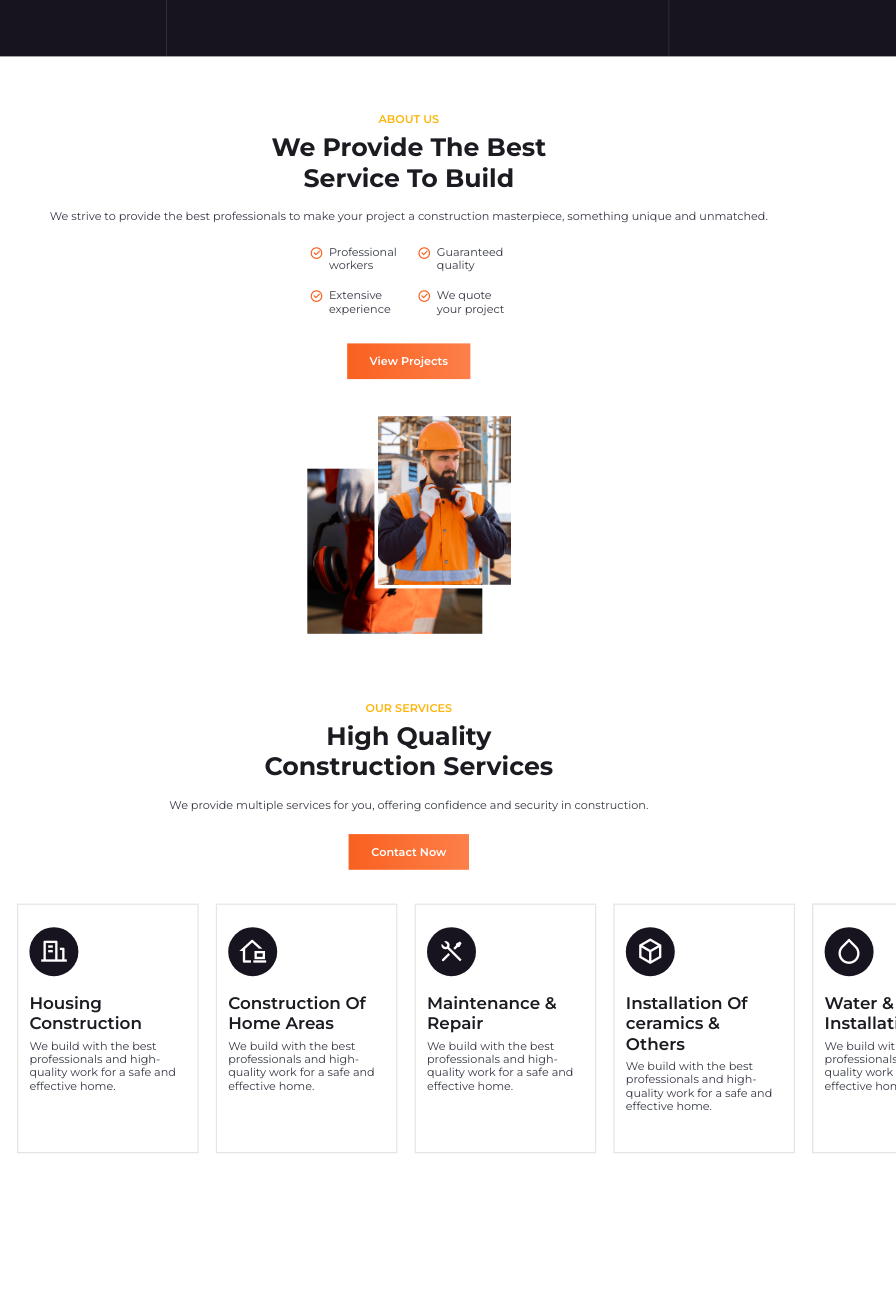
Repository: douglasabnovato/construction
Page: index.html
An editor plug-in stored every save of this project. The page is shown before and after the next save, followed by the edit.
The browser window is 1280 px wide. The pictures show the part of the page from y = 1741 to 3661 px (the page is 3597 px tall before and 3661 px after), at 70% of full size.

Above is the page before, as saved 2025-05-01 18:11:21.

### index.html
<!DOCTYPE html>
<html lang="en">
  <head>
    <meta charset="UTF-8" />
    <meta name="viewport" content="width=device-width, initial-scale=1.0" />

    <!--=============== FAVICON ===============-->
    <link
      rel="shortcut icon"
      href="assets/img/favicon.png"
      type="image/x-icon"
    />

    <!--=============== REMIXICONS ===============-->
    <link
      rel="stylesheet"
      href="https://cdnjs.cloudflare.com/ajax/libs/remixicon/4.2.0/remixicon.css"
    />

    <!--=============== SWIPER CSS ===============-->
    <link rel="stylesheet" href="./assets/css/swiper-bundle.min.css" />

    <!--=============== CSS ===============-->
    <link rel="stylesheet" href="assets/css/styles.css" />

    <title>Construction</title>
  </head>
  <body>
    <!--==================== HEADER ====================-->
    <header class="header bg-header" id="header">
      <nav class="nav container">
        <a href="#" class="nav__logo">
          <i class="ri-bulding-3-line"></i>
          <span>Construct</span>
        </a>
        <div class="nav__menu" id="nav-menu">
          <u class="nav__list">
            <li>
              <a href="#home" class="nav__link">Home</a>
            </li>
            <li>
              <a href="#aboutus" class="nav__link"> About Us</a>
            </li>
            <li>
              <a href="#services" class="nav__link"> Services</a>
            </li>
            <li>
              <a href="#projects" class="nav__link"> Projects</a>
            </li>
            <li>
              <a href="#contactus" class="nav__link button"> Contact Us</a>
            </li>
          </u>
          <!-- Close Button -->
          <div class="nav__close" id="nav-close">
            <i class="ri-close-large-line"></i>
          </div>
        </div>
        <!-- Toggle menu -->
        <div class="nav__toggle" id="nav-toggle">
          <i class="ri-apps-2-line"></i>
        </div>
      </nav>
    </header>

    <!--==================== MAIN ====================-->
    <main class="main">
      <!--==================== HOME ====================-->
      <section class="home section" id="home">
        <img
          src="./assets/img/home-lines-bg.svg"
          alt="image"
          class="home__lines"
        />
        <div class="home__container container grid">
          <div class="home__container grid">
            <div class="home__data">
              <h1 class="home__title">
                Create The<br />
                Constructions<br />
                You Want Here
              </h1>
              <p class="home__description">
                We provide the best home design, construction and maintenance
                services for you and your family.
              </p>
              <div class="home__buttons">
                <a href="#services" class="button">Our Services</a>
                <a href="#projects" class="button__link"
                  ><span>View Projects</span> <i class="ri-arrow-right-line"></i
                ></a>
              </div>
            </div>
            <div class="home__info">
              <div>
                <h3 class="home__info-title">10+</h3>
                <p class="home__info-description">
                  Years of <br />
                  Experience
                </p>
              </div>
              <div>
                <h3 class="home__info-title">200</h3>
                <p class="home__info-description">
                  Complete <br />
                  Projects
                </p>
              </div>
            </div>
          </div>
          <div class="home__images">
            <img src="./assets/img/home-img-1.png" alt="imagem" />
            <img src="./assets/img/home-img-2.png" alt="imagem" />
          </div>
        </div>
      </section>

      <!--==================== ABOUT ====================-->
      <section class="about section" id="about">
        <div class="about__container container grid">
          <div class="about__data">
            <span class="section__subtitle">ABOUT US</span>
            <h2 class="section__title">
              We Provide The Best <br />
              Service To Build
            </h2>
            <p class="about__description">
              We strive to provide the best professionals to make your project a
              construction masterpiece, something unique and unmatched.
            </p>
            <ul class="about__list grid">
              <li class="about__list-item">
                <i class="ri-checkbox-circle-line"></i>
                <span>Professional workers</span>
              </li>
              <li class="about__list-item">
                <i class="ri-checkbox-circle-line"></i>
                <span>Guaranteed quality</span>
              </li>
              <li class="about__list-item">
                <i class="ri-checkbox-circle-line"></i>
                <span>Extensive experience</span>
              </li>
              <li class="about__list-item">
                <i class="ri-checkbox-circle-line"></i>
                <span>We quote your project</span>
              </li>
            </ul>
            <a href="#" class="button">View Projects</a>
          </div>
          <div class="about__images">
            <img
              src="./assets/img/about-img-1.png"
              alt="image"
              class="about__img-1"
            />
            <img
              src="./assets/img/about-img-2.png"
              alt="image"
              class="about__img-2"
            />
          </div>
        </div>
      </section>

      <!--==================== SERVICES ====================-->
      <section class="services section" id="services">
        <div class="services__container container grid">
          <div class="services__data">
            <div>
              <span class="section__subtitle">OUR SERVICES</span>
              <h2 class="section__title">
                High Quality <br />
                Construction Services
              </h2>
            </div>
            <p class="services__description">
              We provide multiple services for you, offering confidence and
              security in construction.
            </p>
            <a href="#contact" class="button">Contact Now</a>
          </div>
          <div class="services__swiper swiper">
            <div class="swiper-wrapper">
              <article class="services__card swiper-slide">
                <div class="services__icon">
                  <i class="ri-building-line"></i>
                </div>
                <h3 class="services__title">
                  Housing <br />
                  Construction
                </h3>
                <p>
                  We build with the best professionals and high-quality work for
                  a safe and effective home.
                </p>
              </article>
              <article class="services__card swiper-slide">
                <div class="services__icon">
                  <i class="ri-home-office-line"></i>
                </div>
                <h3 class="services__title">
                  Construction Of <br />
                  Home Areas
                </h3>
                <p>
                  We build with the best professionals and high-quality work for
                  a safe and effective home.
                </p>
              </article>
              <article class="services__card swiper-slide">
                <div class="services__icon"><i class="ri-tools-line"></i></div>
                <h3 class="services__title">
                  Maintenance & <br />
                  Repair
                </h3>
                <p>
                  We build with the best professionals and high-quality work for
                  a safe and effective home.
                </p>
              </article>
              <article class="services__card swiper-slide">
                <div class="services__icon"><i class="ri-box-3-line"></i></div>
                <h3 class="services__title">
                  Installation Of <br />
                  ceramics & Others
                </h3>
                <p>
                  We build with the best professionals and high-quality work for
                  a safe and effective home.
                </p>
              </article>
              <article class="services__card swiper-slide">
                <div class="services__icon"><i class="ri-drop-line"></i></div>
                <h3 class="services__title">
                  Water & Drainage <br />
                  Installation
                </h3>
                <p>
                  We build with the best professionals and high-quality work for
                  a safe and effective home.
                </p>
              </article>
            </div>
          </div>
          <!-- Navigation buttons -->
           <div class="swiper-button-prev">
            <i class="ri-arrow-left-line"></i>
           </div>
           <div class="swiper-button-next">
            <i class="ri-arrow-right-line"></i>
           </div>
        </div>
        <div class="services__shape"></div>
      </section>

      <!--==================== PROJECTS ====================-->
      <section class="projects section" id="projects"></section>

      <!--==================== CONTACT ====================-->
      <section class="contact section" id="contact"></section>
    </main>

    <!--==================== FOOTER ====================-->
    <footer class="footer"></footer>

    <!--========== SCROLL UP ==========-->

    <!--=============== SCROLLREVEAL ===============-->
    <script src=""></script>

    <!--=============== SWIPER JS ===============-->
    <script src="./assets/js/swiper-bundle.min.js"></script>

    <!--=============== MAIN JS ===============-->
    <script src="assets/js/main.js"></script>
  </body>
</html>

### assets/css/styles.css
/*=============== GOOGLE FONTS ===============*/
@import url("https://fonts.googleapis.com/css2?family=Montserrat:wght@100..900&display=swap");

/*=============== VARIABLES CSS ===============*/
:root {
  --header-height: 3.5rem;

  /*========== Colors ==========*/
  /*Color mode HSL(hue, saturation, lightness)*/
  --first-color: hsl(18, 95%, 55%);
  --second-color: hsl(42, 98%, 52%);
  --first-gradient: linear-gradient(
    90deg,
    hsl(18, 95%, 55%),
    hsl(18, 98%, 64%)
  );
  --title-color: hsl(255, 12%, 12%);
  --text-color: hsl(225, 12%, 24%);
  --text-color-light: hsl(255, 4%, 70%);
  --body-color: hsl(0, 0%, 100%);
  --container-color: hsl(0, 0%, 100%);
  --white-color: hsl(0, 0%, 100%);
  --black-color: hsl(255, 20%, 10%);
  --gray-border: hsl(255, 6%, 90%);
  --black-border: hsl(255, 10%, 20%);

  /*========== Font and typography ==========*/
  /*.5rem = 8px | 1rem = 16px ...*/
  --body-font: "Montserrat", sans-serif;
  --big-font-size: 2.25rem;
  --h1-font-size: 1.5rem;
  --h2-font-size: 1.25rem;
  --h3-font-size: 1rem;
  --normal-font-size: 0.938rem;
  --small-font-size: 0.813rem;

  /*========== Font weight ==========*/
  --font-regular: 400;
  --font-medium: 500;
  --font-semi-bold: 600;
  --font-bold: 700;

  /*========== z index ==========*/
  --z-tooltip: 10;
  --z-fixed: 100;
}

/*========== Responsive typography ==========*/
@media screen and (min-width: 1150px) {
  :root {
    --big-font-size: 3.5rem;
    --h1-font-size: 2.25rem;
    --h2-font-size: 1.5rem;
    --h3-font-size: 1.25rem;
    --normal-font-size: 1rem;
    --small-font-size: 0.875rem;
  }
}

/*=============== BASE ===============*/
* {
  box-sizing: border-box;
  padding: 0;
  margin: 0;
}

html {
  scroll-behavior: smooth;
}

body {
  font-family: var(--body-font);
  font-size: var(--normal-font-size);
  background-color: var(--body-color);
  color: var(--text-color);
}

h1,
h2,
h3,
h4 {
  color: var(--title-color);
  font-weight: var(--font-semi-bold);
}

ul {
  list-style: none;
}

a {
  text-decoration: none;
}

img {
  display: block;
  max-width: 100%;
  height: auto;
}

/*=============== REUSABLE CSS CLASSES ===============*/
.container {
  max-width: 1120px;
  margin-inline: 1.5rem;
}

.grid {
  display: grid;
  gap: 1.5rem;
}

.section {
  padding-block: 5rem 1rem;
}
.section__title,
.section__subtitle {
  text-align: center;
}

.section__title {
  font-size: var(--h1-font-size);
  font-weight: var(--font-bold);
  margin-bottom: 1.5rem;
}

.section__subtitle {
  display: block;
  font-size: var(--normal-font-size);
  font-weight: var(--font-semi-bold);
  color: var(--second-color);
  margin-bottom: 0.5rem;
}

.main {
  overflow: hidden;
}

/*=============== HEADER & NAV ===============*/
.header {
  position: fixed;
  width: 100%;
  top: 0;
  left: 0;
  background-color: transparent;
  z-index: var(--z-fixed);
  transition: background-color 0.4s;
}

.nav {
  position: relative;
  height: var(--header-height);
  display: flex;
  justify-content: space-between;
  align-items: center;
}

.nav__logo {
  display: flex;
  align-items: center;
  column-gap: 0.25rem;
}

.nav__logo span {
  color: var(--white-color);
  font-weight: var(--font-semi-bold);
  transition: color 0.4s;
}

.nav__logoi i {
  color: var(--first-color);
  font-size: 1.5rem;
}

.nav__toggle,
.nav__close {
  font-size: 1.5rem;
  color: var(--white-color);
  cursor: pointer;
  transition: color 0.4s;
}

/* Navigation for mobile devices */
@media screen and (max-width: 1150px) {
  .nav__menu {
    position: fixed;
    top: 0;
    right: -100%;
    background-color: var(--black-color);
    width: 80%;
    height: 100%;
    padding: 7.5rem 3.5rem 0;
    border-left: 2px solid var(--black-border);
    transition: right 0.4s;
  }
}

.nav__list {
  display: flex;
  flex-direction: column;
  row-gap: 4rem;
}

.nav__link {
  color: var(--text-color-light);
  font-weight: var(--font-semi-bold);
  transition: color 0.4s;
}

.nav__link:hover {
  color: var(--first-color);
}

.nav__close {
  position: absolute;
  top: 1rem;
  right: 1.5rem;
}

/* Show menu */
.show-menu {
  right: 0;
}

/* Change background header */
.bg-header {
  background-color: var(--body-color);
  box-shadow: 0 4px 16px hsla(255, 90%, 8%, 0.1);
}

.bg-header .nav__logo span,
.bg-header .nav__toggle {
  color: var(--title-color);
}

/* Active link */

/*=============== HOME ===============*/
.home {
  position: relative;
  background-color: var(--black-color);
}

.home__container {
  position: relative;
  row-gap: 3rem;
  padding-block: 2.5rem 6rem;
}

.home__content {
  row-gap: 2.5rem;
}

.home__data {
  text-align: center;
}

.home__title {
  color: var(--white-color);
  font-size: var(--big-font-size);
  font-weight: var(--font-bold);
  margin-bottom: 1rem;
}

.home__description {
  margin-bottom: 2.5rem;
  color: var(--text-color-light);
}

.home_buttons {
  display: flex;
  justify-content: center;
  align-items: center;
  gap: 1rem;
}

.home__info {
  display: flex;
  justify-content: center;
  column-gap: 4.5rem;
}

.home__info-title {
  color: var(--second-color);
  font-size: var(--big-font-size);
  font-weight: var(--font-bold);
  margin-bottom: 0.5rem;
}

.home__info-description {
  font-size: var(--small-font-size);
  color: var(--white-color);
}

.home__images {
  position: relative;
  justify-self: center;
}

.home__img-1 {
  width: 250px;
  margin-left: 3.5rem;
}

.home__img-2 {
  width: 150px;
  border: 5px solid var(--black-color);
  position: absolute;
  left: 0;
  bottom: -3.5rem;
}

.home__lines {
  position: absolute;
  top: 0;
  left: 0;
  width: 100%;
  height: 100%;
  object-fit: cover;
  object-position: right;
}

/*=============== BUTTON ===============*/
.button {
  display: inline-flex;
  background: var(--first-gradient);
  color: var(--white-color);
  font-weight: var(--font-semi-bold);
  padding: 1rem 2rem;
  transition: box-shadow 0.4s;
}

.button:hover {
  box-shadow: 0 8px 32px hsla(18, 95%, 55%, 0.3);
  color: var(--white-color);
}

.button__link {
  display: flex;
  align-items: center;
  column-gap: 0.25rem;
  color: var(--first-color);
}

.button__link span {
  font-weight: var(--font-semi-bold);
}

.button__link i {
  font-size: 1.5rem;
  transition: transform 0.4s;
}

.button__link:hover i {
  transform: translateX(0.25rem);
}

/*=============== ABOUT ===============*/
.about__container {
  row-gap: 8rem;
}

.about__data {
  text-align: center;
}

.about__description {
  margin-bottom: 2rem;
}

.about__list {
  text-align: initial;
  grid-template-columns: repeat(2, 130px);
  justify-content: center;
  gap: 1.5rem;
  margin-bottom: 2.5rem;
}

.about__list-item {
  display: flex;
  column-gap: 0.5rem;
  color: var(--tittle-color);
}

.about__list-item i {
  font-size: 1.25rem;
  color: var(--first-color);
}

.about__images {
  position: relative;
  justify-self: center;
}

.about__img-1 {
  width: 200px;
  border: 5px solid var(--body-color);
  position: absolute;
  top: -5rem;
  left: 6rem;
}

.about__img-2 {
  width: 250px;
  margin-right: 2.5rem;
}

/*=============== SERVICES ===============*/
.services {
  position: relative;
}

.services__container {
  position: relative;
  row-gap: 3rem;
}

.services__data {
  text-align: center;
}

.services__description {
  margin-bottom: 2rem;
}

.services__card {
  width: 260px;
  background-color: var(--container-color);
  border: 2px solid var(--gray-border);
  padding: 2rem 1rem 3.5rem;
  transition: border-color 0.4s;
}

.services__card:hover {
  border-color: var(--first-color);
}

.services__icon {
  width: 70px;
  height: 70px;
  background-color: var(--black-color);
  color: var(--white-color);
  border-radius: 50%;
  display: grid;
  place-items: center;
  font-size: 2.5rem;
  margin-bottom: 1.5rem;
}

.services__title {
  font-size: var(--h2-font-size);
  margin-bottom: .5rem;
}

/* Swiper class */


/*=============== PROJECTS ===============*/

/*=============== CONTACT ===============*/

/*=============== FOOTER ===============*/

/*=============== SCROLL BAR ===============*/

/*=============== SCROLL UP ===============*/

/* Show Scroll Up */

/*=============== BREAKPOINTS ===============*/
/* For small devices */

/* For medium devices */

/* For large devices */

### assets/js/main.js
/*=============== SHOW MENU ===============*/
const navMenu = document.getElementById("nav-menu"),
  navToggle = document.getElementById("nav-toggle"),
  navClose = document.getElementById("nav-close");

/* Menu show */
if (navToggle) {
  navToggle.addEventListener("click", () => {
    navMenu.classList.add("show-menu");
  });
}

/* Menu hidden */
if (navClose) {
  navClose.addEventListener("click", () => {
    navMenu.classList.remove("show-menu");
  });
}

/*=============== REMOVE MENU MOBILE ===============*/
const navLink = document.querySelectorAll(".nav__link");

const linkAction = () => {
  const navMenu = document.getElementById("nav-menu");
  // When we click on each nav__link, we remove the show-menu class
  navMenu.classList.remove("show-menu");
};
navLink.forEach((n) => n.addEventListener("click", linkAction));

/*=============== CHANGE BACKGROUND HEADER ===============*/
const bgHeader = () => {
  const header = document.getElementById("header");
  // Add a class if the bottom offset is greater than 50 of the viewport
  this.scrollY >= 50
    ? header.classList.add("bg-header")
    : header.classList.remove("bg-header");
};
window.addEventListener("scroll", bgHeader);
bgHeader();

/*=============== SWIPER SERVICES ===============*/
const swiperServices = new Swiper(".services__swiper", {
  loop: true,
  grabCursor: true,
  spaceBetween: 24,
  slidesPerView: 'auto',

  // Navigation arrows
  navigation: {
    nextEl: ".swiper-button-next",
    prevEl: ".swiper-button-prev",
  },
});

/*=============== SHOW SCROLL UP ===============*/

/*=============== SCROLL SECTIONS ACTIVE LINK ===============*/

/*=============== SCROLL REVEAL ANIMATION ===============*/

Loaded but not shown: assets/css/swiper-bundle.min.css (library); assets/js/swiper-bundle.min.js (library)

After the next save:
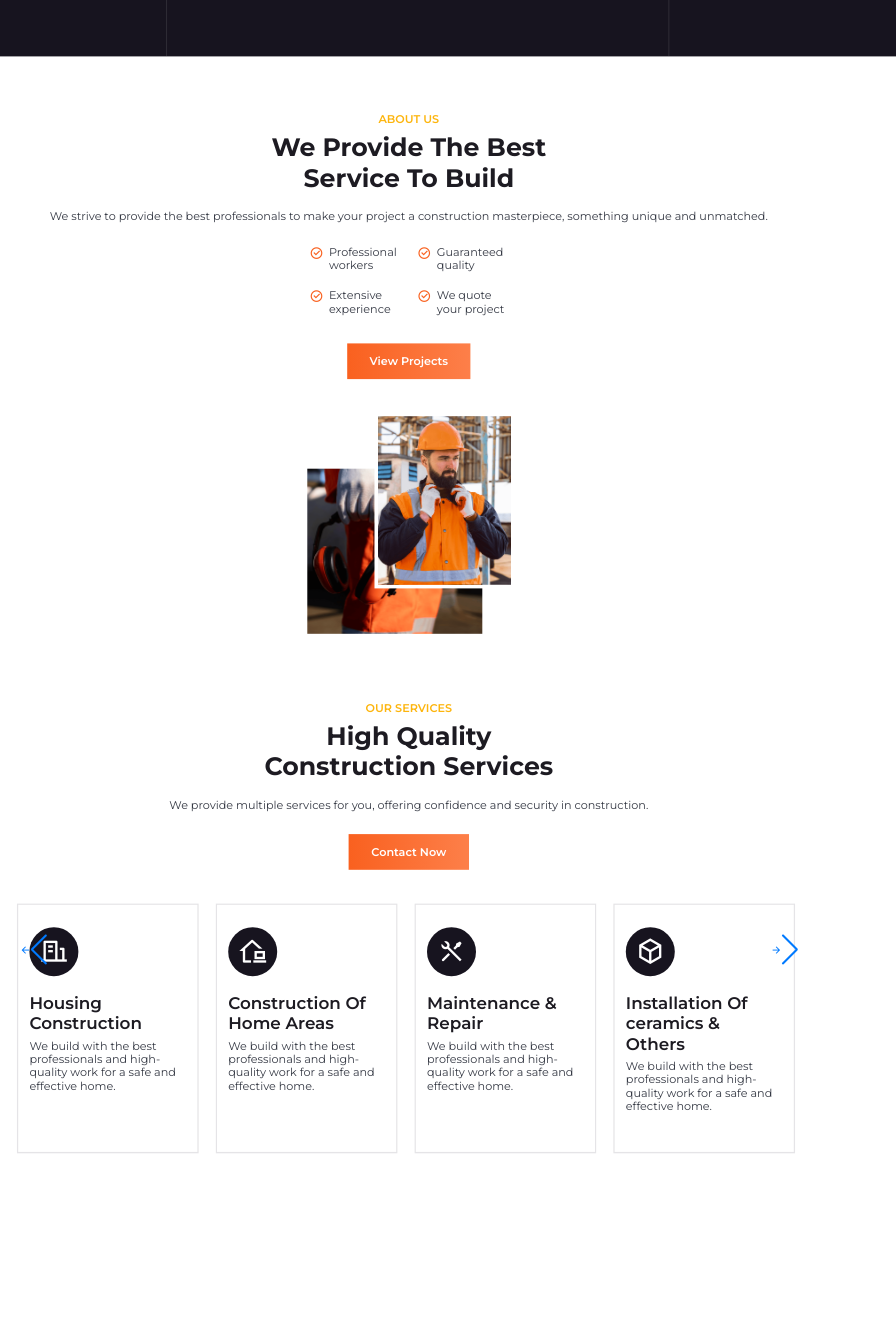
Saved 61 s later.
--- a/assets/css/styles.css
+++ b/assets/css/styles.css
@@ -451,7 +451,10 @@ img {
 }
 
 /* Swiper class */
-
+.swiper {
+  margin-inline: initial;
+  padding-bottom: 4rem;
+}
 
 /*=============== PROJECTS ===============*/
 
